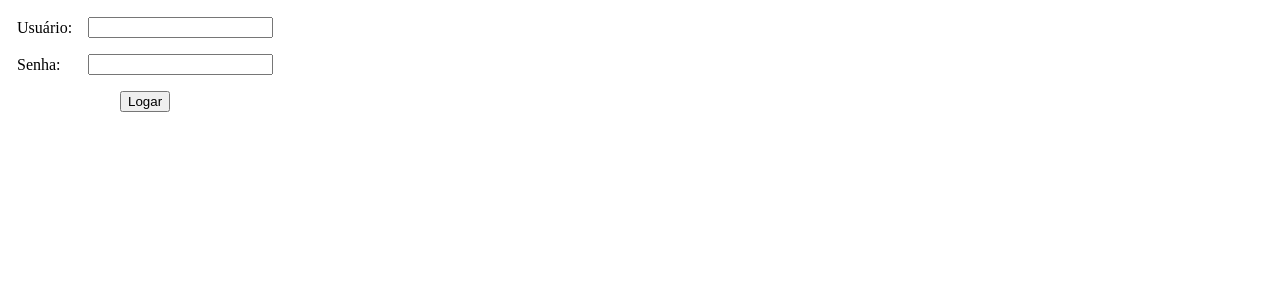
Repository: leonerdy-666/Estudos
Page: http://localhost/JavaWeb/Site.jsp
An editor plug-in stored every save of this project. The page is shown before and after the next save, followed by the edit.
The browser window is 1280 px wide. The pictures show the whole page.
The page is served by Tomcat 9.

Above is the page before, as saved 2023-04-10 23:11:08.

After the next save:
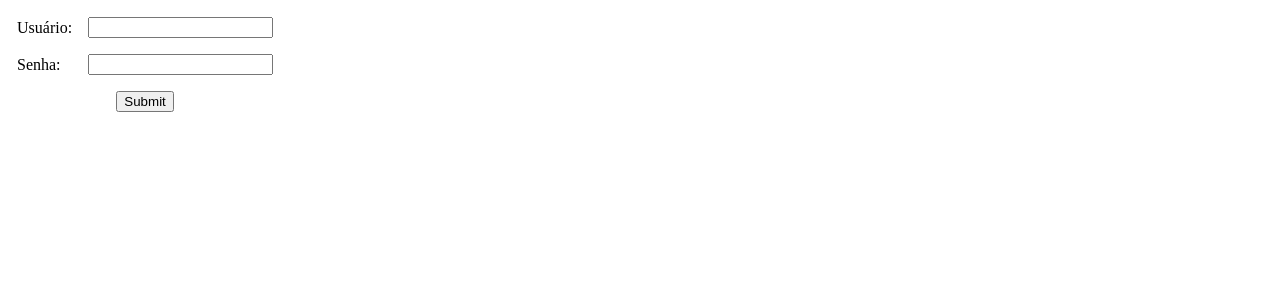
Saved 10 s later.
--- a/Udemy/Projeto/JavaWeb/src/main/webapp/Site.jsp
+++ b/Udemy/Projeto/JavaWeb/src/main/webapp/Site.jsp
@@ -18,8 +18,7 @@
 				<td><input type="text" name="txtSenha" /></td>
 			</tr>
 			<tr>
-				<td colspan="2" align="center"><input type="submit"
-					value="Logar" onClick="validarLogin()"></td>
+				<td colspan="2" align="center"><input type="submit""></td>
 			</tr>
 		</table>
 	</form>
